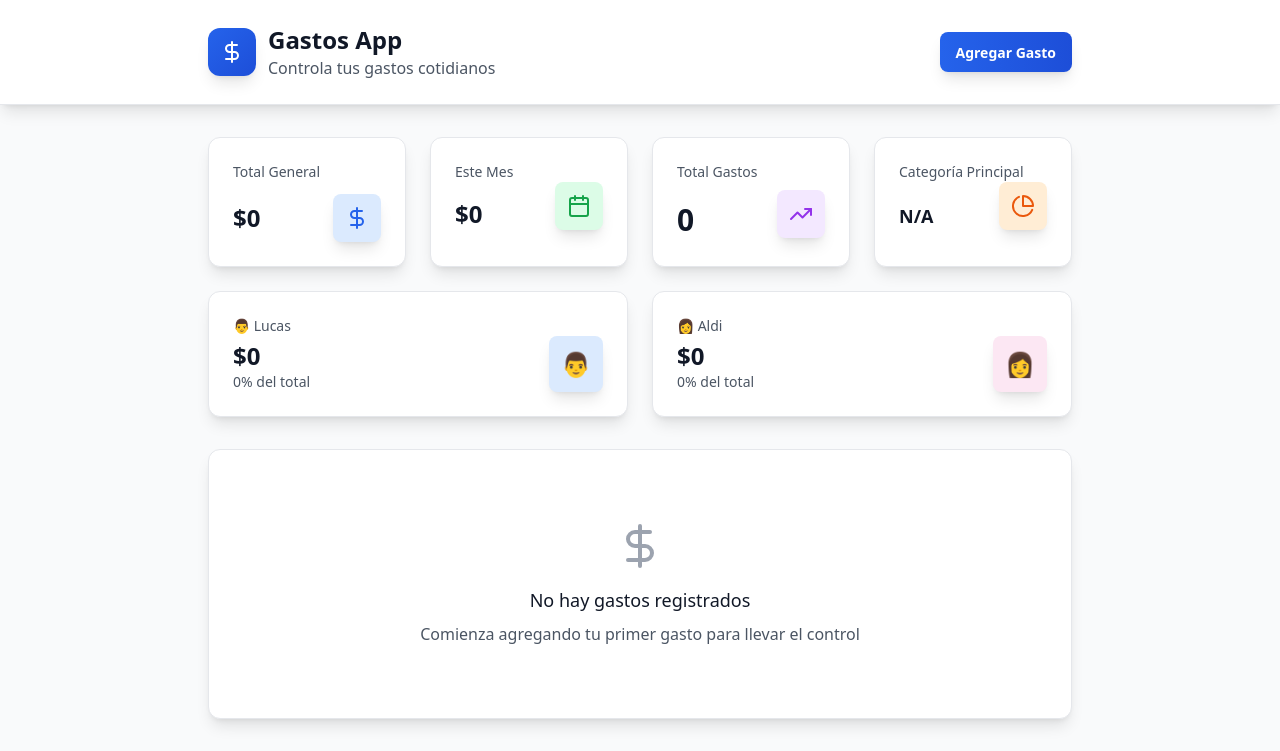
Repository: lucastenaglia/Gastosapp
Page: /
An editor plug-in stored every save of this project. The page is shown before and after the next save, followed by the edit.
The browser window is 1280 px wide. The pictures show the whole page.
The page's requests for data from a server got no answer. The project was rebuilt for these pictures with package versions that can differ from the ones it lists, and the page was loaded fresh each time. No one was signed in, and anything a server would have sent is missing. Also part of the build but not shown: vite.config.js, src/components/ExpenseForm.jsx.

Above is the page before, as saved 2025-08-03 21:49:15.

After the next save:
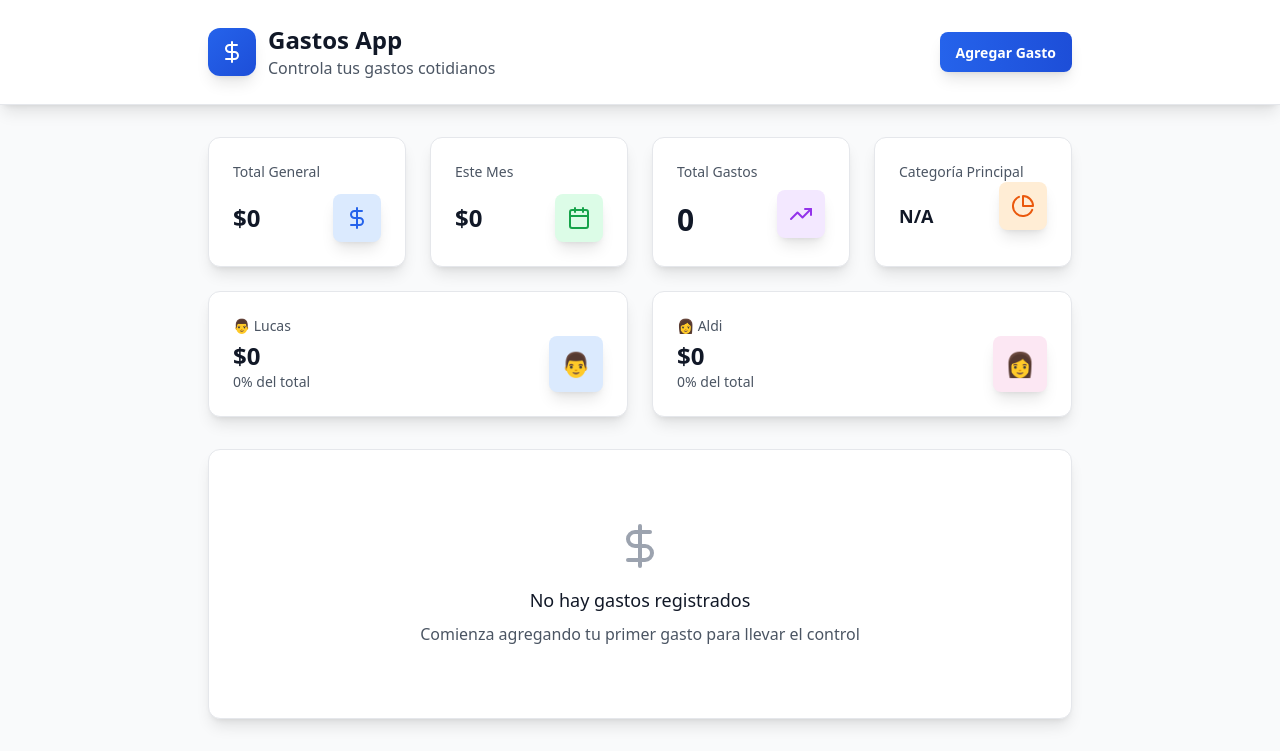
Saved 42 s later.
--- a/src/components/ExpenseSummary.jsx
+++ b/src/components/ExpenseSummary.jsx
@@ -58,14 +58,16 @@ const ExpenseSummary = ({ expenses }) => {
 
                  {/* Gastos del Mes */}
          <div className="card relative p-4 sm:p-6">
-           <div>
+           <div className="space-y-3">
              <p className="text-xs sm:text-sm font-medium text-gray-600">Este Mes</p>
-             <div className="flex items-end justify-between">
-               <p className="text-lg sm:text-2xl font-bold text-gray-900">
-                 {formatCurrency(monthlyTotal)}
-               </p>
-               <div className="bg-green-100 p-2 sm:p-3 rounded-lg shadow-lg">
-                 <Calendar className="h-4 w-4 sm:h-6 sm:w-6 text-green-600" />
+             <div className="flex items-center justify-between">
+               <div className="flex-1">
+                 <p className="text-lg sm:text-xl lg:text-2xl font-bold text-gray-900">
+                   {formatCurrency(monthlyTotal)}
+                 </p>
+               </div>
+               <div className="bg-green-100 p-2 sm:p-2.5 lg:p-3 rounded-lg shadow-lg ml-4">
+                 <Calendar className="h-4 w-4 sm:h-5 sm:w-5 lg:h-6 lg:w-6 text-green-600" />
                </div>
              </div>
            </div>
